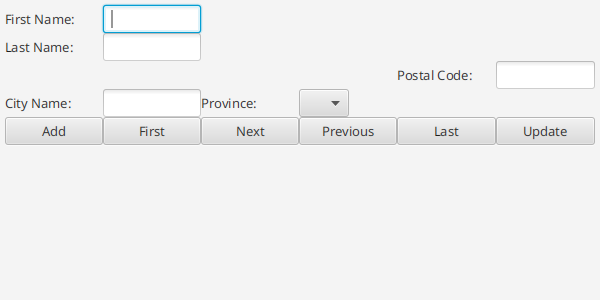
Repository: Mselenko/Java
Program's window: java w_5/JavaFx/src/task_2/AddressBook.java
The author's editor kept a copy of each file at every save. The program's window is drawn from the files as they stood at one save, then again after a run of saves.
It runs on Java 21 on a 1366 x 768 screen with JavaFX 11; the title bar is not drawn.

Above is the program's window before, as saved 2019-06-21 23:48:24.

After the next 2 saves:
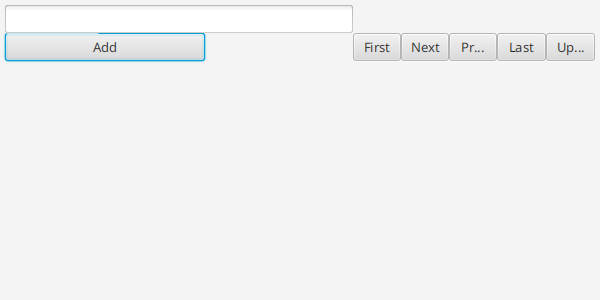
The 2 saves are shown as one change because 1 did not build or start.
The last was saved 6 min 39 s later.
--- a/w_5/JavaFx/src/task_2/AddressBook.java
+++ b/w_5/JavaFx/src/task_2/AddressBook.java
@@ -16,6 +16,7 @@
     @Override
     public void start(Stage myStage) {
 
+
         myStage.setTitle("Address Book");
 
         GridPane rootNode = new GridPane();
@@ -28,29 +29,29 @@
         Scene myScene = new Scene(rootNode, 600, 300);
         myScene.getStylesheets().add("task_2/application.css");
 
-        rootNode.add(new Label("First Name: "), 0, 0);
-        TextField firstValue = new TextField();
-        firstValue.getStyleClass().add("text-field");
+       // rootNode.add(new Label("First Name: "), 0, 0);
+        TextField firstName = new TextField();
+        firstName.getStyleClass().add("text-field");
         //firstValue.setPrefWidth(490);
 
-        rootNode.add(firstValue, 1, 0);
-        rootNode.add(new Label("Last Name: "), 0, 4);
-        TextField secondValue = new TextField();
-        rootNode.add(secondValue, 1, 4);
+        //rootNode.add(firstValue, 1, 0);
+       // rootNode.add(new Label("Last Name: "), 0, 4);
+        TextField lastName = new TextField();
+       // rootNode.add(lastName, 1, 4);
 
-        rootNode.add(new Label("City Name: "), 0, 7);
+       // rootNode.add(new Label("City Name: "), 0, 7);
         TextField city = new TextField();
-        rootNode.add(city, 1, 7);
+        //rootNode.add(city, 1, 7);
 
-        rootNode.add(new Label("Province: "), 2, 7);
-        ComboBox<String>  Province = new ComboBox();
-        rootNode.add(Province, 3, 7);
+       // rootNode.add(new Label("Province: "), 2, 7);
+        ComboBox<String>  province = new ComboBox();
+        //rootNode.add(province, 3, 7);
 
-rootNode.add(new Label("Postal Code: "), 4, 6);
+       // rootNode.add(new Label("Postal Code: "), 4, 6);
 
         TextField postalCode = new TextField();
 
-        rootNode.add(postalCode, 5, 6);
+       // rootNode.add(postalCode, 5, 6);
 
         Button aButton = new Button("Add");
         aButton.getStyleClass().add("my-special-button");
@@ -78,6 +79,22 @@
 //            result.setText(r.toString());
 //        });
 
+
+    	firstName.setPrefColumnCount(40);
+		lastName.setPrefColumnCount(40);
+		city.setPrefColumnCount(11);
+		province.getItems().add("Ontario");
+		postalCode.setPrefColumnCount(10);
+
+
+
+		rootNode.getChildren().addAll(
+				new Label("First Name: "), firstName,
+				new Label("Last Name: "), lastName,
+				new Label("City: "), city,
+				new Label("Province: "), province,
+				new Label(" Postal Code: "), postalCode);
+
         myStage.setScene(myScene);
 
         myStage.show();
